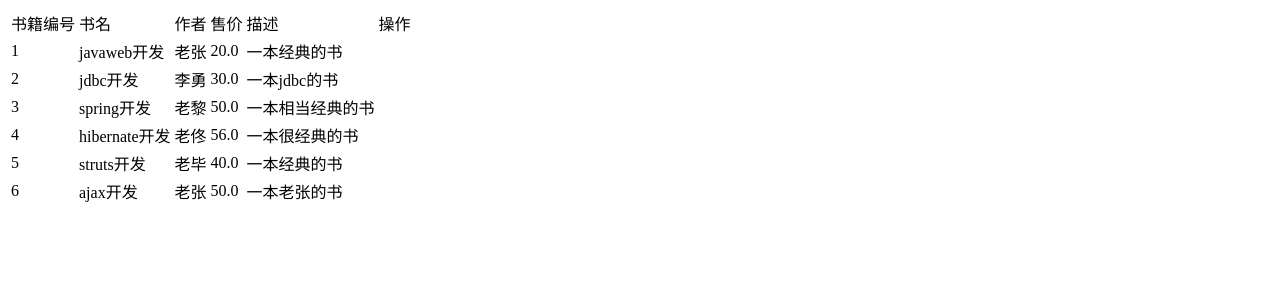
Repository: wsws1996/myproject
Page: http://localhost/day10/servlet/ListBookServlet
These files come from the project's save history. The page is drawn as it stood at one moment and after the next save; the edit follows.
The browser window is 1280 px wide. The pictures show the whole page.
The page is served by Tomcat 9. Other server files are loaded and not shown.

Above is the page before, as saved 2015-11-22 05:26:16.

### java/workspace/day10/WebRoot/WEB-INF/jsp/listbook.jsp
<%@ page language="java" import="java.util.*" pageEncoding="UTF-8"%>
<%@taglib uri="http://java.sun.com/jstl/core_rt" prefix="c"%>

<!DOCTYPE HTML PUBLIC "-//W3C//DTD HTML 4.01 Transitional//EN">
<html>
<head>

<title>书籍列表</title>

</head>

<body>

	<table>
		<tr>
			<td>书籍编号</td>
			<td>书名</td>
			<td>作者</td>
			<td>售价</td>
			<td>描述</td>
			<td>操作</td>
		</tr>
		<c:forEach var="me" items="${map }">
			<tr>
				<td>${me.key }</td>
				<td>${me.value.name }</td>
				<td>${me.value.author }</td>
				<td>${me.value.price }</td>
				<td>${me.value.description }</td>
				<td><a href="#"购买></a></td>
			</tr>
		</c:forEach>
	</table>
</body>
</html>

### java/workspace/day10/src/cn/wang/web/controller/ListBookServlet.java
package cn.wang.web.controller;

import java.io.IOException;
import java.util.Map;

import javax.servlet.ServletException;
import javax.servlet.http.HttpServlet;
import javax.servlet.http.HttpServletRequest;
import javax.servlet.http.HttpServletResponse;

import cn.wang.service.BusinessService;

public class ListBookServlet extends HttpServlet {

	/**
	 * Destruction of the servlet. <br>
	 */
	public void destroy() {
		super.destroy(); // Just puts "destroy" string in log
		// Put your code here
	}

	public void doGet(HttpServletRequest request, HttpServletResponse response)
			throws ServletException, IOException {
		BusinessService service = new BusinessService();
		Map map = service.getAllBook();
		request.setAttribute("map", map);
		request.getRequestDispatcher("/WEB-INF/jsp/listbook.jsp").forward(request, response);
	}

	public void doPost(HttpServletRequest request, HttpServletResponse response)
			throws ServletException, IOException {

		doGet(request, response);
	}

	/**
	 * Initialization of the servlet. <br>
	 *
	 * @throws ServletException
	 *             if an error occurs
	 */
	public void init() throws ServletException {
		// Put your code here
	}

}

### java/workspace/day10/src/cn/wang/service/BusinessService.java
package cn.wang.service;

import java.util.Map;

import cn.wang.dao.BookDao;

public class BusinessService {
	BookDao dao = new BookDao();

	public Map getAllBook() {
		return dao.getAll();
	}

}

### java/workspace/day10/src/cn/wang/dao/BookDao.java
package cn.wang.dao;

import java.util.Map;

import cn.wang.db.MyDb;
import cn.wang.domain.Book;

public class BookDao {
	public Map getAll() {
		return MyDb.getAll();
	}

	public Book find(String id) {
		return (Book) MyDb.getAll().get(id);
	}
}

### java/workspace/day10/src/cn/wang/db/MyDb.java
package cn.wang.db;

import java.util.LinkedHashMap;
import java.util.Map;

import cn.wang.domain.Book;

public class MyDb {
	private static Map<String, Book> map = new LinkedHashMap();
	static {
		map.put("1", new Book("1", "javaweb开发", "老张", 20, "一本经典的书"));
		map.put("2", new Book("2", "jdbc开发", "李勇", 30, "一本jdbc的书"));
		map.put("3", new Book("3", "spring开发", "老黎", 50, "一本相当经典的书"));
		map.put("4", new Book("4", "hibernate开发", "老佟", 56, "一本很经典的书"));
		map.put("5", new Book("5", "struts开发", "老毕", 40, "一本经典的书"));
		map.put("6", new Book("6", "ajax开发", "老张", 50, "一本老张的书"));
	}
	public static Map getAll() {
		return map;

	}
}

### java/workspace/day10/src/cn/wang/domain/Book.java
package cn.wang.domain;

public class Book {

	public Book() {
		super();
		// TODO Auto-generated constructor stub
	}

	public Book(String id, String name, String author, double price,
			String description) {
		super();
		this.id = id;
		this.name = name;
		this.author = author;
		this.price = price;
		this.description = description;
	}

	private String id;
	private String name;
	private String author;
	private double price;
	private String description;

	public String getId() {
		return id;
	}

	public void setId(String id) {
		this.id = id;
	}

	public String getName() {
		return name;
	}

	public void setName(String name) {
		this.name = name;
	}

	public String getAuthor() {
		return author;
	}

	public void setAuthor(String author) {
		this.author = author;
	}

	public double getPrice() {
		return price;
	}

	public void setPrice(double price) {
		this.price = price;
	}

	public String getDescription() {
		return description;
	}

	public void setDescription(String description) {
		this.description = description;
	}
}

After the next save:
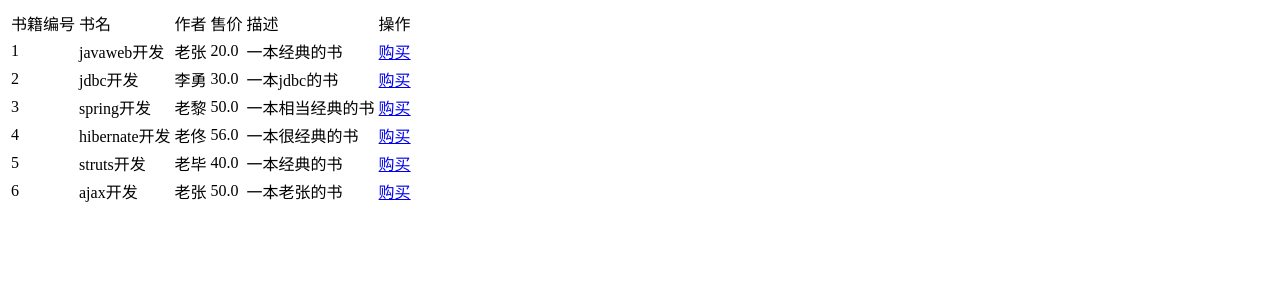
Saved 9 s later.
--- a/java/workspace/day10/WebRoot/WEB-INF/jsp/listbook.jsp
+++ b/java/workspace/day10/WebRoot/WEB-INF/jsp/listbook.jsp
@@ -27,7 +27,7 @@
 				<td>${me.value.author }</td>
 				<td>${me.value.price }</td>
 				<td>${me.value.description }</td>
-				<td><a href="#"购买></a></td>
+				<td><a href="#">购买</a></td>
 			</tr>
 		</c:forEach>
 	</table>
